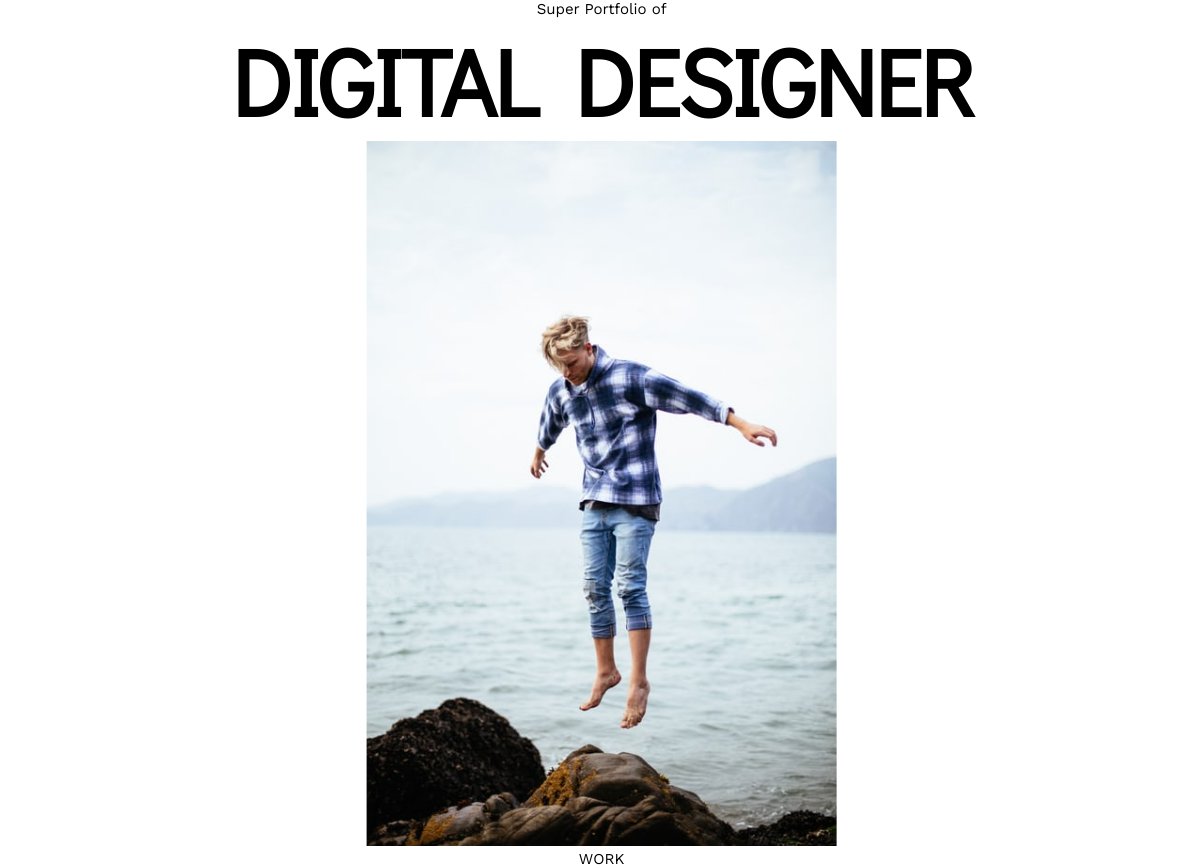
Repository: m0lt/DigitalDesigner
Page: index.html
The author's editor kept a copy of each file at every save. The page is drawn from the files as they stood at one save, then again after the next save.
The browser window is 1280 px wide. The pictures show the whole page, at 94% of full size.

Above is the page before, as saved 2025-07-08 10:23:42.

### index.html
<!DOCTYPE html>
<html lang="en">
  <head>
    <meta charset="UTF-8" />
    <meta name="viewport" content="width=device-width, initial-scale=1.0" />
    <link rel="stylesheet" href="./assets/css/styles.css" />
    <link rel="stylesheet" href="./assets/css/styles.css" />
    <title>Project 1</title>
  </head>
  <body>
    <header></header>
    <main>
      <section class="hero">
        <p>Super Portfolio of</p>
        <h1>DIGITAL DESIGNER</h1>
        <img src="./assets/img/portfolio1.jpeg" alt="Man Jumping on Rock" />
        <p>WORK</p>
      </section>
      <section class="light content"></section>
      <section class="dark content"></section>
      <section></section>
      <section></section>
    </main>
    <footer></footer>
  </body>
</html>

### assets/css/styles.css
* {
  box-sizing: border-box;
  margin: 0;
  padding: 0;
}

:root {
  --primary-color: ;
  --void: #000;
  --bright: #fff;
  --dark: #333;
  --mid: #666;
  --light: #9e9e9e;
  --font-size: 16px;
}

@font-face {
  font-family: "Didact Gothic";
  src: url(../font/Didact_Gothic/DidactGothic-Regular.ttf);
}
@font-face {
  font-family: "Fjalla One";
  src: url(../font/Fjalla_One/FjallaOne-Regular.ttf);
}
@font-face {
  font-family: "Work Sans";
  src: url(../font/Work_Sans/WorkSans-VariableFont_wght.ttf);
}

html {
}

.content {
  margin: 0 220px;
}

h1 {
  font-family: "Didact Gothic";
  font-size: 100px;
  font-weight: 100px;
  letter-spacing: -2px;
}
.hero {
  text-align: center;
}
.hero p {
  font-family: "Work Sans";
}
.hero p:first-of-type(1) {
  font-size: 20px;
}
.hero p:first-of-type(2) {
  font-size: 160px;
}

.light {
}

After the next save:
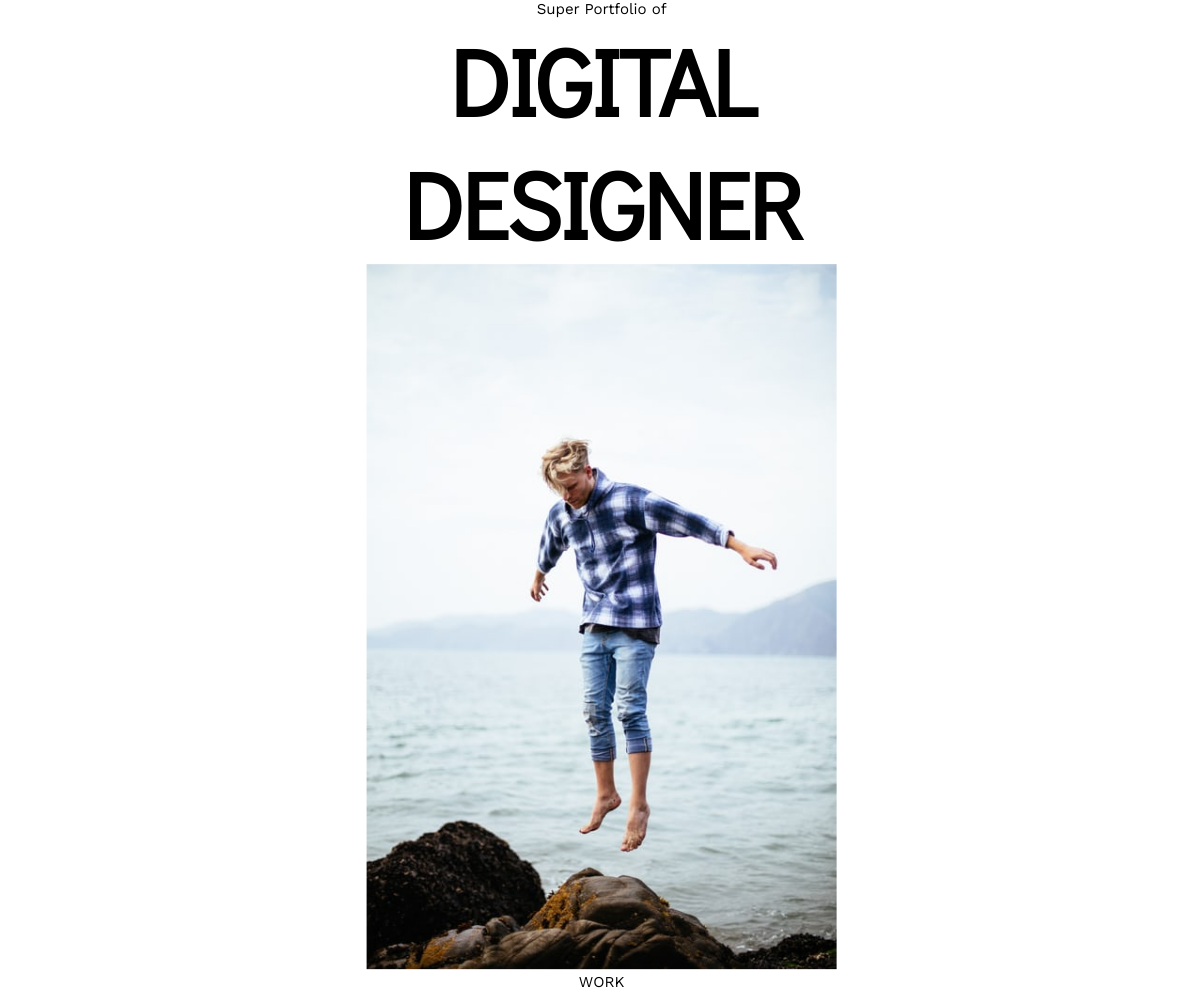
Saved 2 min 2 s later.
--- a/index.html
+++ b/index.html
@@ -12,7 +12,7 @@
     <main>
       <section class="hero">
         <p>Super Portfolio of</p>
-        <h1>DIGITAL DESIGNER</h1>
+        <h1>DIGITAL<br />DESIGNER</h1>
         <img src="./assets/img/portfolio1.jpeg" alt="Man Jumping on Rock" />
         <p>WORK</p>
       </section>
